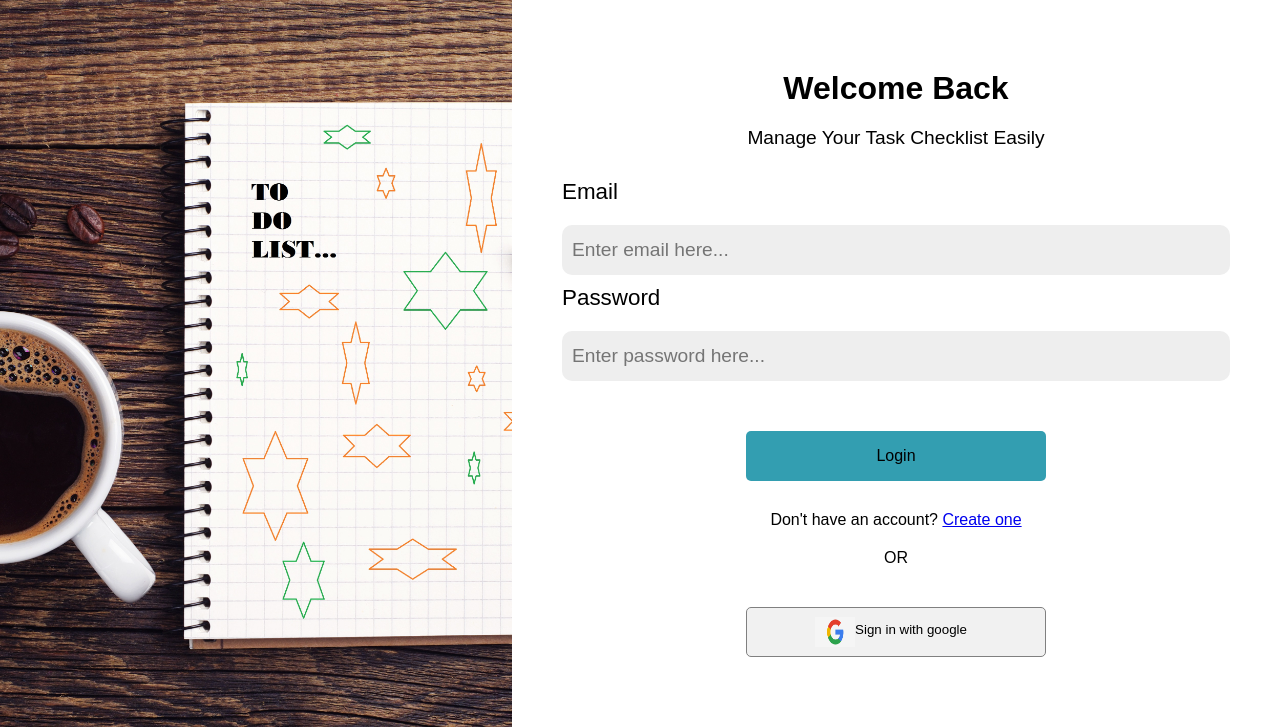
Repository: tebo27cMd/todo_App
Page: /
The author's editor kept a copy of each file at every save. The page is drawn from the files as they stood at one save, then again after the next save.
The browser window is 1280 px wide. The pictures show the whole page.
The project was rebuilt for these pictures with package versions that can differ from the ones it lists, and the page was loaded fresh each time. Also part of the build but not shown: src/Pages/SignInPage.jsx, src/Pages/HomePage.jsx.

Above is the page before, as saved 2022-08-23 09:23:47.

### src/App.js
import React, {useState, useEffect} from 'react';
import './App.css';
import LoginPage from './Pages/LoginPage';
import SignInPage from './Pages/SignInPage';
import HomePage from './Pages/HomePage';

import {BrowserRouter as Router,Routes,Route,Link} from "react-router-dom";

//import {collection, getDocs, getDoc, doc, deleteDoc} from 'firebase/firestore'







function App() {


  const [tasks, setTasks] = useState([]);

  const addTasks = ((task, priorityType)=>{
    setTasks((tasks)=>[...tasks, {
      task:task,
      priorityType:priorityType
    }])

    console.log(tasks);
  })
  return (
    <div className="App">

      <Router>
      <Routes>
        <Route exact path="/" element = {<LoginPage/>}></Route>
        <Route path="/SignInPage" element = {<SignInPage/>}></Route>
        <Route exact path="/HomePage" element = {<HomePage/>}></Route>
      </Routes>
    </Router>

    </div>
  );
}

export default App;

### src/App.css
* {
  box-sizing: border-box;
  margin: 0;
  padding: 0;
  font-family: 'Times New Roman', Times, serif;
}

### src/Pages/LoginPage.jsx
import React, { useState } from 'react'

import './LoginPage.css';
import google from '../image/i.png'
import {Link} from 'react-router-dom'
import { signInWithEmailAndPassword} from 'firebase/auth'
import { auth } from "../Config-file/firebase";
import { useNavigate } from 'react-router-dom';


const LoginPage = () => {

  const [email, setEmail] = useState('');
  const [password, setPassword] = useState('');

  let history = useNavigate();

const SignInPage = (()=>{
  signInWithEmailAndPassword(auth, email, password).then(()=>{

      history("/HomePage");
  }).catch((error)=>{
    console.log(error);
  })
})



  return (
    <div className='LoginPage'>

        <aside></aside>

        <section>
            <h1 className='welcome'>Welcome Back</h1>

            <p className='paragraph1'>Manage Your Task Checklist Easily</p>

            <div className='input-control'>
                    <label htmlFor="email">Email</label>
                    <input type="email"  placeholder='Enter email here...'
                    onChange={(e)=> setEmail(e.target.value)}/>
            </div>

            <div className='input-control'>
                    <label htmlFor="password">Password</label>
                    <input type="password"  placeholder='Enter password here...'
                    onChange={(e)=> setPassword(e.target.value)}/>
            </div>

            <button className='lgnBtn' onClick={SignInPage}>Login</button>

            <p className='create'>Don't have an account? <span><Link to={"/SignInPage"}>Create one</Link></span></p>

            <h1 className='or'>OR</h1>

            <button className='signBtn'><div className='logo'><img src={google} alt="" /><span><div>Sign in with google</div></span></div></button>




        </section>

    </div>
  )
}

export default LoginPage;

### src/Pages/LoginPage.css

:root
{
    --btnGreen: #339eb1;
    --beige: beige;

}

.LoginPage{
    display: grid;
    grid-template-columns: 40% 60%;
    width: 100vw;
    height: 100vh;
}

.LoginPage aside{
    background: url(../Images/Ado.jpeg);
    background-size: cover;
}

.LoginPage section{
    display: flex;
    flex-direction: column;
    justify-content: center;
    align-items: center;
    padding: 50px;

}

.LoginPage .welcome{
    margin-top: 20px;
    margin-bottom: 20px;
    font-weight: bolder;
    font-size: 2em;
}

.LoginPage .paragraph1{
    margin-bottom: 20px;
    font-size: 1.2em;
}

.LoginPage .input-control{
    display: flex;
    flex-direction: column;
    align-self: flex-start;
    width: 100%;

}

.LoginPage .input-control label{
    margin-top: 10px;
    margin-bottom: 10px;
    font-size: 1.4em;

}

.LoginPage .input-control input{
    font-size: 1.2em;
    height: 50px;
    padding: 20px 10px 20px 10px;
    margin-top: 10px;
    border: none;
    border-radius: 10px;
    width: 100%;
    background-color: #eee;

}

.LoginPage button{
    width: 300px;
    height: 50px;
}
.LoginPage button:hover{
   background-color: #eee;

}
.LoginPage .lgnBtn{
    margin-top: 50px;
    border-radius: 5px;
    border: none;
    background-color: var(--btnGreen);
    font-size: 1em;
    cursor: pointer;
}

.LoginPage .create{

    margin-top: 30px;
}


Link{
    color: var(--btnGreen);
}

.LoginPage .or{
    font-weight: lighter;
    font-size: 1em;
    margin: 20px;
}

.LoginPage .signBtn{
    margin: 20px;
    padding-right: 20px;
    border-radius: 5px;
    border: 1px solid grey;
    cursor: pointer;
    background-color: #efefefdd;
}

.logo{
    display: flex;
    flex-direction: row;
    justify-content: center;

}

.logo img{
    width: 50px;
    height: 30px;
    padding-left: 10px;
}

.logo span{
    padding-top: 5px;
}

### src/Config-file/firebase.js
// Import the functions you need from the SDKs you need
import { initializeApp } from "firebase/app";
import { getFirestore } from "@firebase/firestore";
import {getAuth} from 'firebase/auth';

const firebaseConfig = {
  apiKey: "AIzaSyB44VhlyOGLme-EDCUVNbbB2UbazBO3qIY",
  authDomain:  "todo-433b6.firebaseapp.com",
  projectId:"todo-433b6",
  storageBucket: "todo-433b6.appspot.com",
  messagingSenderId: "23893463738",
  appId:"1:23893463738:web:7b7d1fefeddfc1abce6883",
  measurementId: "G-QQNBP66G32"
};

// Initialize Firebase
const app = initializeApp(firebaseConfig);
const db = getFirestore(app);
const auth = getAuth(app);
export  {auth, db};

### src/css/HomePage.css


*{
    box-sizing:border-box;
    margin: 0;
    padding: 0;
    font-family: sans-serif;
}


.topPart{
    display: flex;
    justify-content: space-between;
    margin: 10px 80px;
    border-bottom: 2px solid black;

}

.topPart button{
    width: 100px;
    margin:0px 20px 5px 0px;
    border-radius: 5px;
    border: none;
    background-color: #33b18d;
    cursor: pointer;
    color: white;
    font-size: 1.2em;

}
.topPart img {
    height: 20px;
}

.topPart button:hover{
    background-color: rgba(245, 27, 27, 0.815);
    color: black;
}

.bottomPart{
    display: flex;
    flex-direction: column;
    justify-content: center;
    align-items: center;
    margin-top: 80px;
}

.bottomPart input{
    margin-right: 10px;
    height: 30px;
    width: 500px;
    padding-left: 20px;
    border: none;
    background-color: #eee;
    border-radius: 5px;

}

.bottomPart select{
    margin-right: 10px;
    height: 30px;
    width: 100px;
    border: none;
    background-color: #33b18d;
    border-radius: 5px;
}

.bottomPart button{
    height: 40px;
    width: 40px;
    border-radius: 50px;
    border: none;
    color: #eee;
    font-size: 1.6em;
    background-color: #33b18d;
    cursor: pointer;

}

.bottomPart button:hover{
    background-color: #776e7625;
    color: black;
}

.input-fields {
    display: flex;
    align-items: center;
}



/* Task list*/


.task-list{
    width: 600px;
    margin-right: 60px;
}

.item{
    display: flex;
    text-align: center;
    justify-content: space-between;
    padding: 10px;
    border-radius: 5px;
    border: none;
    box-shadow: 2px 2px 5px .5px grey;

}
.items{
    padding: 5px 0;
}

.item button{
    border: none;
    border-radius: 50px;
    width: 80px;
    height: 40px;
    background-color:white;
    font-size: 20px;
    cursor: pointer;

}


.tick img{
    width: 40px;

}

Loaded but not shown: public/index.html (common file); src/index.js (common file); src/reportWebVitals.js (common file)

After the next save:
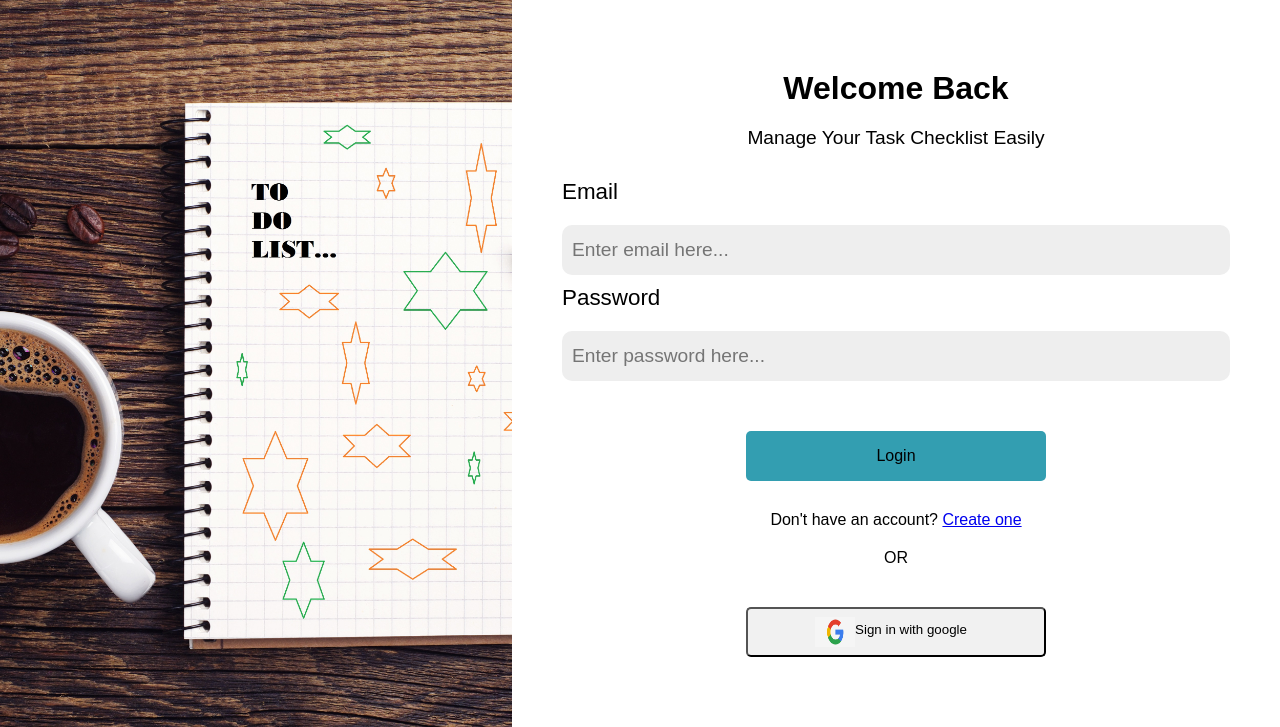
Saved 3 min 25 s later.
--- a/src/Pages/LoginPage.css
+++ b/src/Pages/LoginPage.css
@@ -103,7 +103,7 @@ Link{
     margin: 20px;
     padding-right: 20px;
     border-radius: 5px;
-    border: 1px solid grey;
+    border:
     cursor: pointer;
     background-color: #efefefdd;
 }
